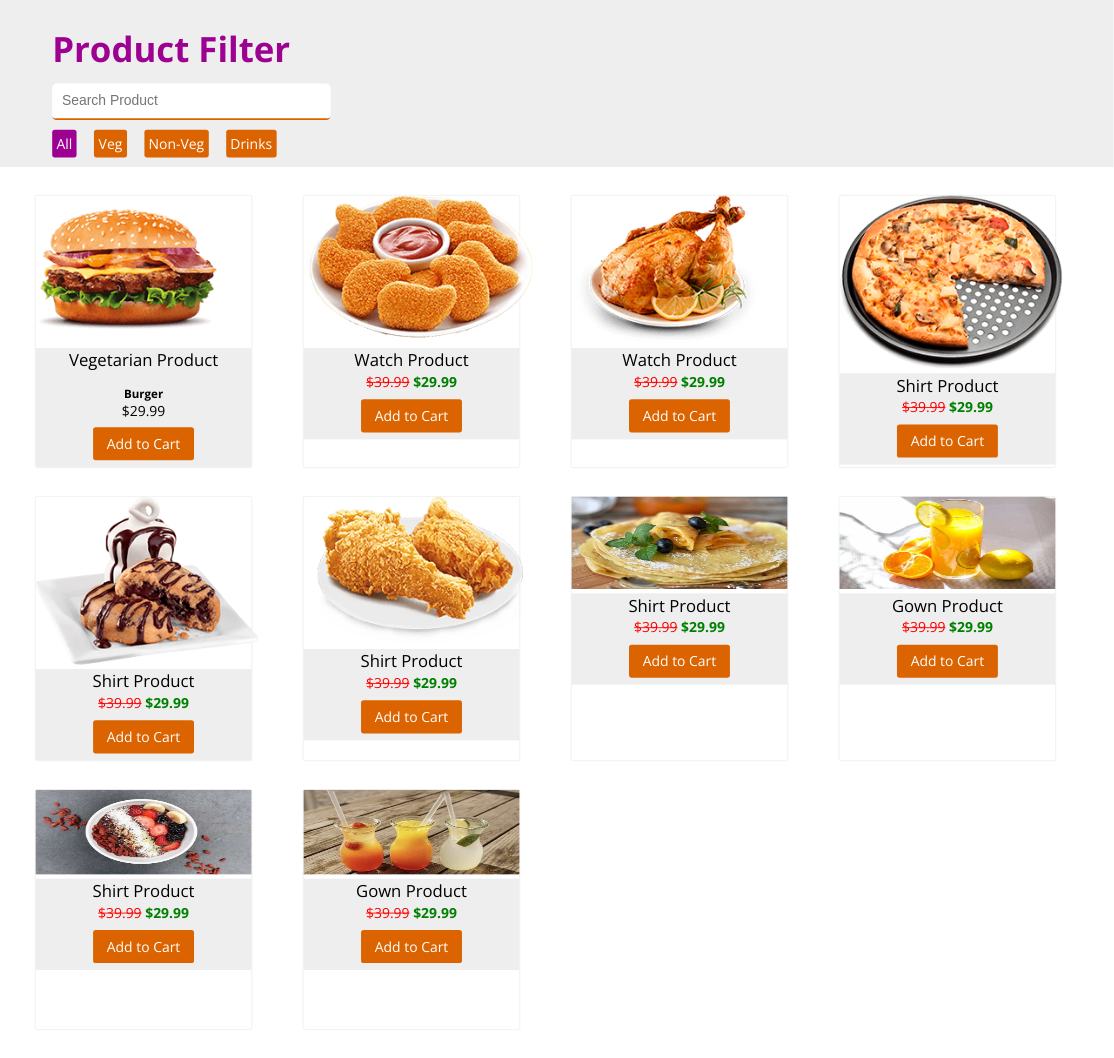
Repository: Shreya200012/FoodBox
Page: foodWeb/src/main/webapp/filter.html
These files come from the project's save history. The page is drawn as it stood at one moment and after the next save; the edit follows.
The browser window is 1280 px wide. The pictures show the whole page, at 87% of full size.
Some web libraries are served in a nearby version.

Above is the page before, as saved 2022-06-14 07:40:43.

After the next save:
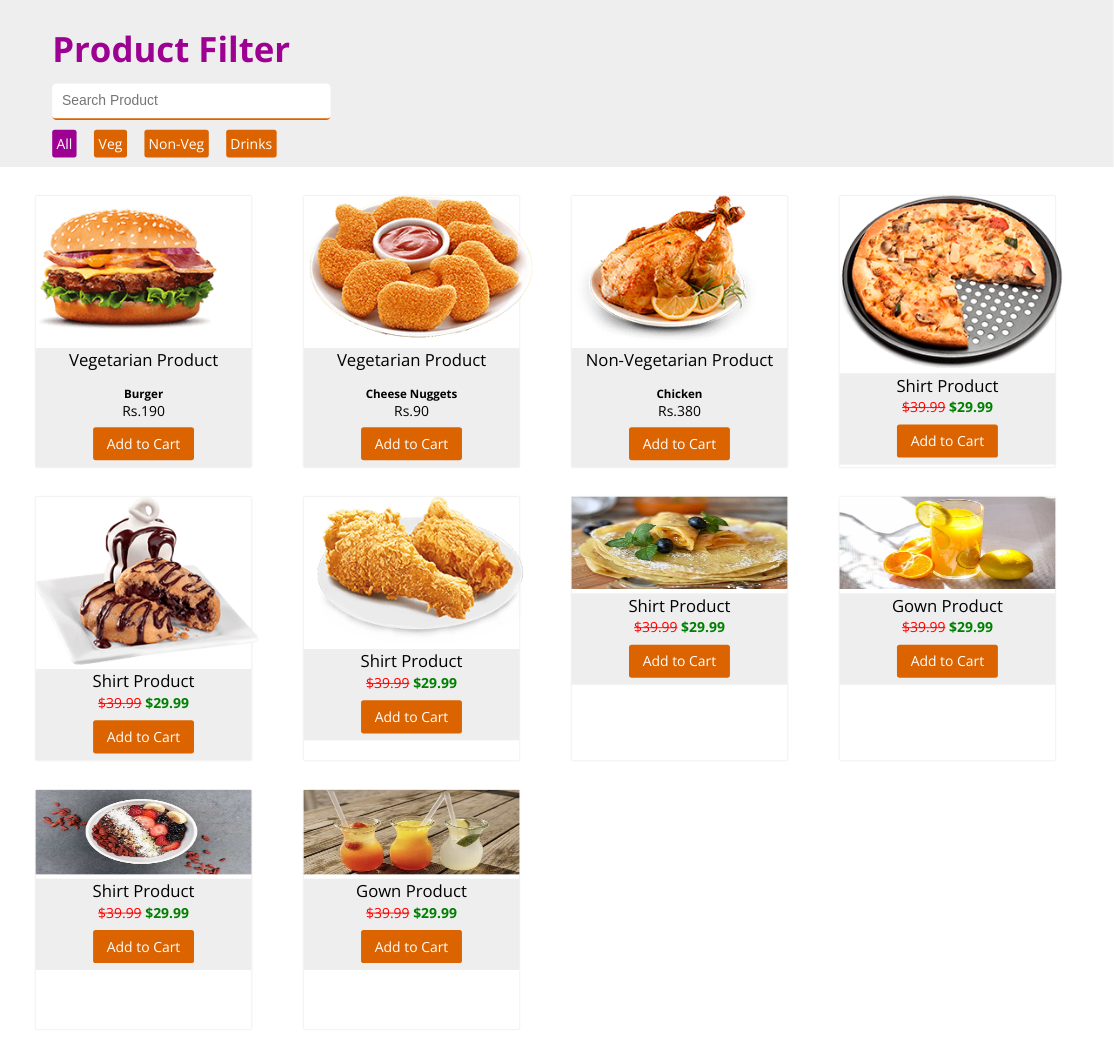
Saved 2 min 33 s later.
--- a/foodWeb/src/main/webapp/filter.html
+++ b/foodWeb/src/main/webapp/filter.html
@@ -37,23 +37,23 @@
             <img src="images/dish-1.png" alt="">
             <div class="product-details">
                 <h2>Vegetarian Product</h2>
-                <p><h5>Burger</h5> $29.99</p>
+                <p><h5>Burger</h5> Rs.190</p>
                 <a href="#">Add to Cart</a>
             </div>
         </div>
         <div class="store-product watch">
             <img src="images/dish-2.png" alt="">
             <div class="product-details">
-                <h2>Watch Product</h2>
-                <p> <span>$39.99</span> $29.99</p>
+                <h2>Vegetarian Product</h2>
+                <p> <h5>Cheese Nuggets</h5> Rs.90</p>
                 <a href="#">Add to Cart</a>
             </div>
         </div>
-        <div class="store-product watch">
+        <div class="store-product shirt">
             <img src="images/dish-3.png" alt="">
             <div class="product-details">
-                <h2>Watch Product</h2>
-                <p> <span>$39.99</span> $29.99</p>
+                <h2>Non-Vegetarian Product</h2>
+                <p> <h5>Chicken</h5>Rs.380</p>
                 <a href="#">Add to Cart</a>
             </div>
         </div>
